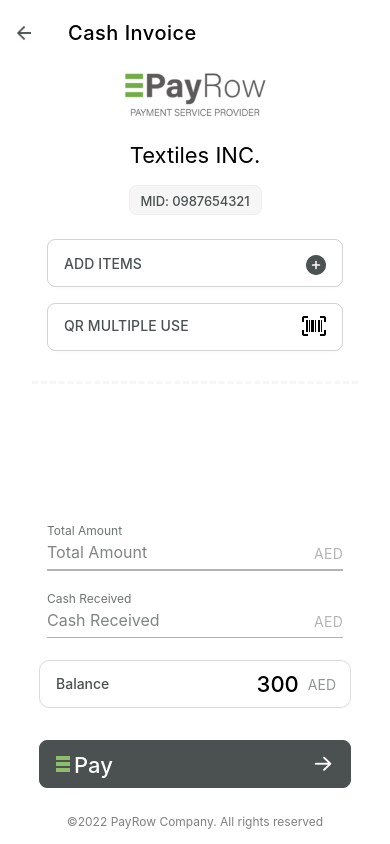
Repository: rishabh-critical-river/payrowios
Screen: /cashPay
An editor plug-in stored every save of this project. The screen is shown before and after the next save, followed by the edit.
The app was drawn by React Native's web renderer in a window 390 px wide. The project was rebuilt for these pictures with package versions that can differ from the ones it lists, and the page was loaded fresh each time. Also part of the build but not shown: screens/onboarding/CreateAccount.js, screens/home/HomeScreen.tsx, screens/home/HomeComponents/TapToPay.tsx, screens/home/HomeComponents/PaymentSummary.js, screens/home/HomeComponents/AddItem.js, screens/home/HomeComponents/TapCard.tsx, screens/home/HomeComponents/EnterPin.tsx, screens/home/HomeComponents/Confirmation.tsx and 37 more.

Above is the screen before, as saved 2023-07-28 22:50:54.

### screens/home/HomeComponents/CashPay.tsx
import { StatusBar } from "expo-status-bar";
import React, { useState } from "react";
import { NavigationContainer } from "@react-navigation/native";
import { createNativeStackNavigator } from "@react-navigation/native-stack";
import {
  StyleSheet,
  Text,
  View,
  SafeAreaView,
  ScrollView,
  Image,
  Button,
  TouchableOpacity,
  TextInput,
  KeyboardAvoidingView,
  Platform,
  TouchableWithoutFeedback,
  Keyboard,
} from "react-native";
import {
  AntDesign,
  Fontisto,
  MaterialCommunityIcons,
} from "@expo/vector-icons";
function CashPay({ navigation }: any) {
  const [amount, setAmount] = useState("");
  const handleAmountChange = (text: any) => {
    // Remove any non-numeric characters from the input using regular expression
    const cleanedText = text.replace(/[^0-9.]/g, "");
    setAmount(cleanedText);
  };
  const handleDismissKeyboard = () => {
    Keyboard.dismiss();
  };
  return (
    <TouchableWithoutFeedback onPress={handleDismissKeyboard}>
      <KeyboardAvoidingView
        style={{ flex: 1 }}
        behavior={Platform.OS === "ios" ? "padding" : "height"}
      >
        <View style={styles.container}>
          <View
            style={{
              marginLeft: 16,
              marginTop: 17,
              flexDirection: "row",
              alignItems: "center",
            }}
          >
            <Image
              source={require("./arrow_back.png")}
              style={{
                width: 16.03,
                height: 16.03,
                marginRight: 35.98,
              }}
            />
            <Text
              style={{
                fontSize: 20,
                fontWeight: "500",
                lineHeight: 32,
                letterSpacing: 0.5,
              }}
            >
              Cash Invoice
            </Text>
          </View>
          <View
            style={{
              borderBottomWidth: 3,
              borderColor: "#4B50500D",
              borderStyle: "dashed",
              paddingBottom: 30,
              marginLeft: 32,
              marginRight: 32,
            }}
          >
            <Image
              style={{
                width: 150,
                height: 48.3,
                alignSelf: "center",
                marginTop: 22,
              }}
              source={require("./payrowLogo.png")}
            />
            <Text
              style={{
                fontSize: 22,
                fontWeight: "400",
                lineHeight: 28,
                textAlign: "center",
                marginTop: 22,
              }}
            >
              Textiles INC.
            </Text>
            {/* <Text
            style={{
              fontSize: 14,
              fontWeight: "400",
              lineHeight: 20,
              textAlign: "center",
              letterSpacing: 0.25,
              marginTop: 6,
              color: "#4B5050B2",
            }}
          >
            You are about to make a payment to this
          </Text>
          <Text
            style={{
              fontSize: 14,
              fontWeight: "400",
              lineHeight: 20,
              textAlign: "center",
              letterSpacing: 0.25,

              color: "#4B5050B2",
            }}
          >
            company
          </Text> */}
            <View
              style={{
                borderWidth: 1,
                borderColor: "#4B50500D",
                borderRadius: 8,
                marginTop: 16,
                width: 133,
                height: 30,
                alignSelf: "center",

                backgroundColor: "#4B50500D",
              }}
            >
              <Text
                style={{
                  alignSelf: "center",
                  marginTop: 6,
                  fontWeight: "500",
                  fontSize: 13,
                  lineHeight: 18,
                  letterSpacing: -0.08,
                  color: "#4B5050",
                }}
              >
                MID: 0987654321
              </Text>
            </View>
            <View
              style={{
                borderWidth: 1,
                borderColor: "#4B505040",

                shadowColor: "#757E6E14",
                shadowOffset: {
                  width: 0,
                  height: 2,
                },
                shadowOpacity: 0.25,
                shadowRadius: 3.84,

                borderRadius: 8,
                marginTop: 24,
                width: 296,
                height: 48,
                alignSelf: "center",
              }}
            >
              <TouchableOpacity
                onPress={() => {
                  navigation.navigate("AddItem");
                }}
                style={{
                  flexDirection: "row",
                }}
              >
                <Text
                  style={{
                    flex: 1,
                    marginLeft: 16,
                    marginTop: 14,
                    fontWeight: "500",
                    fontSize: 14,
                    lineHeight: 20,
                    letterSpacing: 0.1,
                    color: "#4B5050",
                  }}
                >
                  ADD ITEMS
                </Text>
                <Image
                  source={require("./plusicon.png")}
                  style={{
                    width: 20,
                    height: 20,
                    marginRight: 16,
                    marginTop: 15,
                    backgroundColor: "#4B5050E5",
                    borderRadius: 10,
                  }}
                />
              </TouchableOpacity>
            </View>
            <View
              style={{
                borderWidth: 1,
                borderColor: "#4B505040",

                shadowColor: "#757E6E14",
                shadowOffset: {
                  width: 0,
                  height: 2,
                },
                shadowOpacity: 0.25,
                shadowRadius: 3.84,

                borderRadius: 8,
                marginTop: 16,
                width: 296,
                height: 48,
                alignSelf: "center",
              }}
            >
              <View
                style={{
                  flexDirection: "row",
                  alignItems: "center",
                  marginTop: 10,

                }}
              >
                <Text
                  style={{
                    flex: 1,
                    marginLeft: 16,

                    fontWeight: "500",
                    fontSize: 14,
                    lineHeight: 20,
                    letterSpacing: 0.1,
                    color: "#4B5050",
                  }}
                >
                  QR MULTIPLE USE
                </Text>
                <MaterialCommunityIcons
                  style={{ marginRight: 16 }}
                  name="barcode-scan"
                  size={24}
                  color="black"
                />

                {/* <Fontisto
                  style={{ marginRight: 14, marginTop: 10 }}
                  name="toggle-off"
                  size={28}
                  color="#CCCCCC"
                /> */}
              </View>
            </View>
          </View>
        </View>

        <View style={{ backgroundColor: "white" }}>
          <View style={{ alignSelf: "center" }}>
            <Text
              style={{
                marginBottom: 5,
                fontSize: 12,
                color: "#4B5050",
                fontWeight: "400",
                opacity: 0.800000011920929,
              }}
            >
              Total Amount
            </Text>
            <View
              style={{
                flexDirection: "row",
                justifyContent: "space-between",
                alignItems: "center",
              }}
            >
              <TextInput
                keyboardType="numeric"
                style={{
                  color: "#4B5050",
                  fontWeight: "400",
                  fontSize: 16,
                  lineHeight: 18,
                  opacity: 0.7,
                  marginBottom: 8,
                }}
                placeholder="Total Amount"
              />
              <Text
                style={{
                  color: "#4B505099",
                  fontWeight: "400",
                  letterSpacing: 0.25,
                  fontSize: 14,
                  marginLeft: 5,
                  lineHeight: 20,
                  opacity: 0.7,
                  marginBottom: 4,
                }}
              >
                AED
              </Text>
            </View>

            <View
              //horizontal line
              style={{
                backgroundColor: "#4B505099",

                width: 296,
                height: 1.5,
                opacity: 0.7,
                alignSelf: "center",
              }}
            />
          </View>
          <View style={{ alignSelf: "center", marginTop: 20 }}>
            <Text
              style={{
                marginBottom: 5,
                fontSize: 12,
                color: "#4B5050",
                fontWeight: "400",
                opacity: 0.800000011920929,
              }}
            >
              Cash Received
            </Text>
            <View
              style={{
                flexDirection: "row",
                justifyContent: "space-between",
                alignItems: "center",
              }}
            >
              <TextInput
                keyboardType="numeric"
                style={{
                  color: "#4B5050",
                  fontWeight: "400",
                  fontSize: 16,
                  lineHeight: 18,
                  opacity: 0.7,
                  marginBottom: 8,
                }}
                placeholder="Cash Received"
              />
              <Text
                style={{
                  color: "#4B505099",
                  fontWeight: "400",
                  letterSpacing: 0.25,
                  fontSize: 14,
                  marginLeft: 5,
                  lineHeight: 20,
                  opacity: 0.7,
                  marginBottom: 4,
                }}
              >
                AED
              </Text>
            </View>

            <View
              //horizontal line
              style={{
                backgroundColor: "#4B505099",

                width: 296,
                height: 1.5,
                opacity: 0.7,
                alignSelf: "center",
              }}
            />
          </View>

          {/* <View
            style={{
              borderWidth: 1,
              borderColor: "#4B505040",
              borderRadius: 8,
              marginTop: 26.5,
              width: 296,
              height: 52,
              alignSelf: "center",
              backgroundColor: "#4B505080",
            }}
          >
            <View
              style={{
                marginTop: 18,
                marginLeft: 16,
                flexDirection: "row",
              }}
            >
              <View>
                <View
                  style={{
                    borderWidth: 1,
                    borderColor: "#FFFFFF",

                    width: 14,
                    height: 3.61,

                    backgroundColor: "#FFFFFF",
                    marginBottom: 2.58,
                  }}
                />
                <View
                  style={{
                    borderWidth: 1,
                    borderColor: "#FFFFFF",

                    width: 14,
                    height: 3.61,

                    marginBottom: 2.58,
                    backgroundColor: "#FFFFFF",
                  }}
                />
                <View
                  style={{
                    borderWidth: 1,
                    borderColor: "#FFFFFF",

                    width: 14,
                    height: 3.61,

                    backgroundColor: "#FFFFFF",
                  }}
                />
              </View>
              <Text
                style={{
                  fontWeight: "400",
                  fontSize: 22,
                  lineHeight: 28,
                  color: "#FFFFFF",
                  marginLeft: 4,
                  bottom: 6,
                }}
              >
                Pay
              </Text>
            </View>
          </View> */}

          <View
            style={{
              width: "80%",
              alignSelf: "center",
              height: 48,
              borderRadius: 10,

              borderWidth: 1,
              borderColor: "rgba(75, 80, 80, 0.2)",
              flexDirection: "row",
              alignItems: "center",
              marginTop: 22,
            }}
          >
            <Text style={styles.priceLabel}>Balance</Text>
            <View style={styles.priceTextContainer}>
              <Text style={styles.priceText}>300</Text>
              <Text style={styles.priceCurrency}>AED</Text>
            </View>
          </View>

          <TouchableOpacity
            style={styles.goToSummaryButton}
            onPress={() => {
              navigation.navigate("InvoiceRecallthree");
            }}
          >
            <View style={styles.buttonContent}>
              <View style={{ justifyContent: "center", marginLeft: 16 }}>
                <View
                  style={{
                    borderWidth: 1,
                    borderColor: "#8EBD6C",

                    width: 14,
                    height: 3.61,

                    backgroundColor: "#8EBD6C",
                    marginBottom: 2.58,
                  }}
                />
                <View
                  style={{
                    borderWidth: 1,
                    borderColor: "#8EBD6C",

                    width: 14,
                    height: 3.61,

                    marginBottom: 2.58,
                    backgroundColor: "#8EBD6C",
                  }}
                />
                <View
                  style={{
                    borderWidth: 1,
                    borderColor: "#8EBD6C",

                    width: 14,
                    height: 3.61,

                    backgroundColor: "#8EBD6C",
                  }}
                />
              </View>
              <Text style={styles.buttonText}>Pay</Text>
              <View style={styles.arrowIcon}>
                <AntDesign name="arrowright" size={22} color="white" />
              </View>
            </View>
          </TouchableOpacity>

          <Text
            style={{
              fontSize: 12,
              backgroundColor: "white",
              color: "#7f7f7f",
              textAlign: "center",
              paddingBottom: 15,
              marginTop: 10,
            }}
          >
            ©2022 PayRow Company. All rights reserved
          </Text>
        </View>
      </KeyboardAvoidingView>
    </TouchableWithoutFeedback>
  );
}

export default CashPay;
const styles = StyleSheet.create({
  container: {
    flex: 1,
    backgroundColor: "white",
  },
  buttonContainer: {
    width: "80%",
    height: 48,
    backgroundColor: "#4B5050",
    alignSelf: "center",
    borderRadius: 8,
    marginTop: 20,
    display: "flex",
    justifyContent: "space-between",
    flexDirection: "row",
    alignItems: "center",
  },
  containers: {
    width: "80%",
    height: 50,
    borderRadius: 10,
    borderWidth: 1,
    borderColor: "rgba(75, 80, 80, 0.25)",
    alignSelf: "center",
    marginTop: 31,
    flexDirection: "row",
    justifyContent: "space-between",
    alignItems: "center",
    paddingLeft: 15,
    paddingRight: 15,
    shadowColor: "#757e6e",
    shadowOffset: {
      width: 0,
      height: 1,
    },
    shadowOpacity: 0.08,
    shadowRadius: 3,
  },
  badge: {
    width: 71,
    height: 26,
    borderRadius: 8,
    backgroundColor: "#4B50500D",
    textAlign: "center",
    paddingTop: 4,
    marginRight: 22,
  },
  itemContainer: {
    width: "100%",
    alignSelf: "center",
    height: 77,
    borderRadius: 10,
    marginBottom: 10,
    justifyContent: "center",
    borderWidth: 1,
    borderColor: "rgba(75, 80, 80, 0.2)",
    flexDirection: "row",
    alignItems: "center",
  },
  priceContainer: {
    width: "80%",
    alignSelf: "center",
    height: 48,
    borderRadius: 10,
    marginBottom: 10,
    borderWidth: 1,
    borderColor: "rgba(75, 80, 80, 0.2)",
    flexDirection: "row",
    alignItems: "center",
  },
  priceLabel: {
    fontWeight: "500",
    flex: 1,
    fontSize: 14,
    lineHeight: 20,
    color: "#4B5050",
    marginLeft: 16,
  },
  priceTextContainer: {
    flexDirection: "row",
    alignItems: "center",
    color: "#333333",
  },
  priceText: {
    fontSize: 22,
    fontWeight: "500",
    lineHeight: 28,
  },
  priceCurrency: {
    color: "#4B505099",
    marginRight: 14,
    marginLeft: 9,
  },
  goToSummaryButton: {
    alignSelf: "center",
    marginTop: 32,
    width: "80%",
  },
  buttonContent: {
    borderWidth: 0.6,
    borderColor: "#4B5050",
    backgroundColor: "#4B5050",
    borderRadius: 8,
    marginBottom: 16,
    height: 48,
    width: "100%",
    justifyContent: "center",
    flexDirection: "row",
  },
  buttonText: {
    fontSize: 22,
    paddingLeft: 4,
    paddingTop: 12,
    fontWeight: "500",
    lineHeight: 24,
    justifyContent: "center",
    color: "white",
    letterSpacing: 0.1,
    flex: 1,
  },
  arrowIcon: {
    justifyContent: "center",
    alignItems: "center",
    marginRight: 16,
  },
  footerText: {
    fontSize: 12,
    backgroundColor: "white",
    color: "#7f7f7f",
    textAlign: "center",
    paddingBottom: 15,
  },
  logo: {
    width: 150,
    height: 48.3,
    alignSelf: "center",
    marginTop: 33,
  },
  languageLogo: {
    width: 40,
    height: 40,
    marginLeft: 170,
    marginTop: 30,
  },
  homeBlocks: {
    fontSize: 14,
    fontWeight: "500",
    flex: 1,
    marginTop: 14,

    color: "#4B5050",
    lineHeight: 20,

    marginLeft: 16,
  },
  homeElements: {
    marginTop: 24,

    flexDirection: "column",
    justifyContent: "space-between",
    alignItems: "center",
    maxHeight: 448,
  },
  text: {
    fontSize: 15,
    fontWeight: "500",
    color: "#838c95",
    textAlign: "center",
    marginTop: 20,
    marginBottom: 15,
  },
  box: {
    borderWidth: 1,
    borderColor: "#4B505040",
    borderRadius: 9,
    marginBottom: 16,
    width: 296,
    height: 48,
    textAlign: "center",
    flexDirection: "row",
  },
  button: {
    marginLeft: 165,
    backgroundColor: "#72ac47",
    color: "black",
    padding: 10,
    fontSize: 20,
    height: 60,
    width: 60,
    cursor: "pointer",
    borderRadius: 70,
    justifyContent: "center",
    alignItems: "center",
  },
});

Loaded but not shown: screens/onboarding/LanguageSelection.tsx (287 lines, source omitted); App.tsx (321 lines, source omitted)

After the next save:
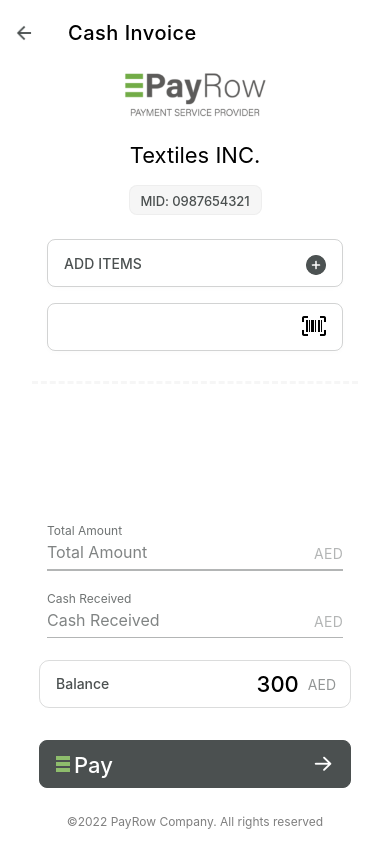
Saved 9 min 19 s later.
--- a/screens/home/HomeComponents/CashPay.tsx
+++ b/screens/home/HomeComponents/CashPay.tsx
@@ -244,7 +244,7 @@
                     color: "#4B5050",
                   }}
                 >
-                  QR MULTIPLE USE
+
                 </Text>
                 <MaterialCommunityIcons
                   style={{ marginRight: 16 }}
